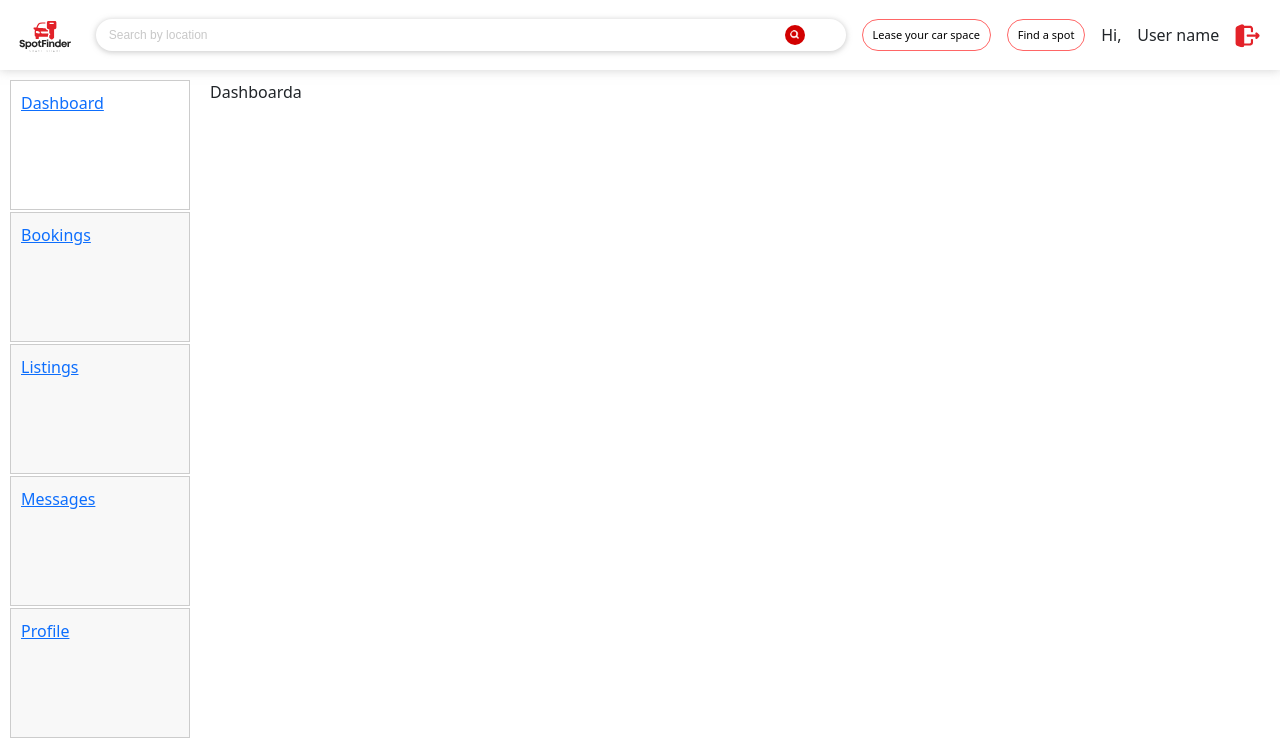
Repository: UNSWSpotFinder/SpotFinder
Page: /dashboard (app in frontend/)
The author's editor kept a copy of each file at every save. The page is drawn from the files as they stood at one save, then again after the next save.
The browser window is 1280 px wide. The pictures show the whole page.
The project was rebuilt for these pictures with package versions that can differ from the ones it lists, and the page was loaded fresh each time. Also part of the build but not shown: frontend/src/Login.css, frontend/src/Login.jsx, frontend/src/Regist.css, frontend/src/Regist.jsx, frontend/src/HomePage.jsx, frontend/src/App.css, frontend/src/components/Bookings.jsx, frontend/src/components/Listings.jsx and 2 more.

Above is the page before, as saved 2024-03-09 20:35:03.

### frontend/src/App.jsx
import logo from './logo.svg';
import React, {
  useState,
  useEffect,
  useRef,
  ChangeEvent,
  LabelHTMLAttributes,
  createContext,
  useContext,
  ReactNode,
} from 'react';
import {HomePageLarge,HomePageAdminSmall,HomePageAdminLarge,HomePageSmall} from './HomePage';
import { ErrorProvider, GlobalSnackbar, ErrorContext } from './API';
import { BrowserRouter, Routes, Route, Link } from 'react-router-dom';
import './App.css';

// 导入Dashboard相关页面组件
import DashboardTop from './components/DashboardTop';
import Dashboard from './components/Dashboard';
import Bookings from './components/Bookings';
import Listings from './components/Listings';
import Profile from './components/Profile';
import Messages from './components/Messages';

function App() {
  const [windowWidth, setWindowWidth] = useState(window.innerWidth);
  useEffect(() => {
    // 添加一个事件监听器，以便在窗口大小改变时更新windowWidth状态
    const handleResize = () => {
      setWindowWidth(window.innerWidth);
    };
    window.addEventListener('resize', handleResize);
    // 清除事件监听器以避免内存泄漏
    return () => {
      window.removeEventListener('resize', handleResize);
    };
  }, []);
  let layoutComponentHost;
  let LayoutComponentHome;
  let LayoutDetail;
  if (windowWidth > 760) {
    layoutComponentHost = null;
    LayoutComponentHome = <HomePageLarge/>;
    LayoutDetail = null;
  } else {
    layoutComponentHost = null;
    LayoutComponentHome = <HomePageSmall/>;;
    LayoutDetail = null;
  }
  return(
    <ErrorProvider>
      <GlobalSnackbar/>
        <BrowserRouter>
          <Routes>
            <Route path="/user/*" element={LayoutComponentHome} />
            {/* DashboardTop作为父路由 */}
            <Route path="/dashboard" element={<DashboardTop />}>
            <Route index element={<Dashboard />} />
            <Route path="bookings" element={<Bookings />} />
            <Route path="listings" element={<Listings />} />
            <Route path="messages" element={<Messages />} />
            <Route path="profile" element={<Profile />} />
          </Route>
            {/* Keep the wildcard route to catch all and render Home */}
            <Route path="/*" element={LayoutComponentHome} />
          </Routes>
        </BrowserRouter>
    </ErrorProvider>
  )
}

export default App;

### frontend/src/API.jsx
import Alert from '@mui/material/Alert';
import Snackbar from '@mui/material/Snackbar';
import Button from '@mui/material/Button';
import Stack from '@mui/material/Stack';
import React, { useState, useEffect, createContext,useContext } from 'react';

import { styled } from '@mui/material';
const port = '8080';
export const meetErrorLog = (error) => {
    console.log(error);
    let errorText = '';
    // switch case to show the error
    switch (error) {
      case 'info':
        errorText = 'Invalid username or password !';
        break;
      case 'access':
        errorText = 'No permission, please log in first!';
        break;
      default:
        errorText = 'Network error! Please try again.';
        break;
    }
    return errorText;
  };
export const ErrorContext = createContext({
    snackbarData: { severity: 'info', message: '1',timestamp: new Date().getTime()},
    setOpenSnackbar: () => {}, // 提供一个空函数避免调用时出错
  });
export const useError = () => useContext(ErrorContext);
export const ErrorProvider = ({ children }) => {
  const [snackbarData, setSnackbarData] = useState({
    severity: 'success',
    message: '',
    timestamp: new Date().getTime()
  });
  const setOpenSnackbar = (data) => {
    setSnackbarData(data);
  };
  return (
    <ErrorContext.Provider value={{snackbarData,setOpenSnackbar}}>
      {children}
    </ErrorContext.Provider>
  );
};
// The message to be displayed in the Snackbar
export const GlobalSnackbar = () => {
const { snackbarData, setOpenSnackbar } = useError();
// State to manage the visibility of the Snackbar
const [open, setOpen] = useState(false);
  useEffect(() => {
    console.log('Alert severity:', snackbarData.severity);
    console.log('Alert :', snackbarData.message);
    if (snackbarData.message) {
      setOpen(true);
    }
  }, [snackbarData.message, snackbarData.timestamp]);

  const handleClose = (event, reason) => {
    if (reason === 'clickaway') {
      return;
    }
    setOpen(false);
  };

return (
    // Snackbar component with automatic hiding and custom styling
    <Snackbar open={open} autoHideDuration={6000} onClose={handleClose}>
        <Alert onClose={handleClose} severity={snackbarData.severity}>
        {snackbarData.message}
        </Alert>
  </Snackbar>
);
};
export const callAPIsendEmailCode = (path,input)=>{
    return new Promise((resolve, reject) =>{
        fetch('http://localhost:'+String(port)+'/'+String(path),{
        method:'POST',
        headers: { 'Content-Type': 'application/json' },
        body:JSON.stringify(input),
        })
        .then((response)=>{
            if(response.ok){
                console.log('success');
                console.log(response);
                return resolve(response);
            }
            else if (response.status===400){
                const errorReason = 'Email not correct!';
                return reject(errorReason);
            }
            else{
                const errorReason = 'There is a problem with the network connection!';
                return reject(errorReason);
            }
        })
        .catch((error)=>{
            console.log(error);
        })
    })

}
export const callAPIverifyEmailCode = (path,input)=>{
    return new Promise((resolve, reject) =>{
        console.log(input);
        console.log('http://localhost:'+String(port)+'/'+String(path));
        fetch('http://localhost:'+String(port)+'/'+String(path),{
        method:'POST',
        headers: { 'Content-Type': 'application/json' },
        body:JSON.stringify(input),
        })
        .then((response)=>{
            if(response.ok){
                console.log('success');
                return resolve(response.json());
            }
            else if (response.status===400){
                const errorReason = 'Incorrect verification code.';
                return reject(errorReason);
            }
            else{
                const errorReason = 'There is a problem with the network connection!';
                return reject(errorReason);
            }
        })
        .catch((error)=>{
            console.log(error);
        })
    })

}
export const callAPIloginUser=(path,input)=>{

}
// 用户注册
export const callAPIRegistUser=(path,input)=>{
     return new Promise((resolve, reject) =>{
        console.log(input);
        console.log('http://localhost:'+String(port)+'/'+String(path));
        fetch('http://localhost:'+String(port)+'/'+String(path),{
        method:'POST',
        headers: { 'Content-Type': 'application/json' },
        body:JSON.stringify(input),
        })
        .then((response)=>{
            if(response.ok){
                console.log('success');
                return resolve(response.json());
            }
            else if (response.status===417){
                const errorReason = 'This email has been registed!';
                return reject(errorReason);
            }
            else{
                const errorReason = 'There is a problem with the network connection!';
                return reject(errorReason);
            }
        })
        .catch((error)=>{
            console.log(error);
        })
    })
}
// 用户登录
export const callAPILoginUser=(path,input)=>{
    return new Promise((resolve, reject) =>{
       console.log(input);
       console.log('http://localhost:'+String(port)+'/'+String(path));
       fetch('http://localhost:'+String(port)+'/'+String(path),{
       method:'POST',
       headers: { 'Content-Type': 'application/json' },
       body:JSON.stringify(input),
       })
       .then((response)=>{
           if(response.ok){
               console.log('success');
               return resolve(response.json());
           }
           else if (response.status===401){
               const errorReason = 'Username does not exist or password is incorrect!';
               return reject(errorReason);
           }
           else{
               const errorReason = 'There is a problem with the network connection!';
               return reject(errorReason);
           }
       })
       .catch((error)=>{
           console.log(error);
       })
   })
}
// 密码修改
export const callAPIResetPwdUser=(path,input)=>{
    return new Promise((resolve, reject) =>{
       console.log(input);
       console.log('http://localhost:'+String(port)+'/'+String(path));
       fetch('http://localhost:'+String(port)+'/'+String(path),{
       method:'POST',
       headers: { 'Content-Type': 'application/json' },
       body:JSON.stringify(input),
       })
       .then((response)=>{
           if(response.ok){
               console.log('success');
               return resolve(response.json());
           }
           else if (response.status===401){
               const errorReason = 'Username does not exist or password is incorrect!';
               return reject(errorReason);
           }
           else{
               const errorReason = 'There is a problem with the network connection!';
               return reject(errorReason);
           }
       })
       .catch((error)=>{
           console.log(error);
       })
   })
}

### frontend/src/components/DashboardTop.jsx
import React from 'react';
import { NavLink, Outlet } from 'react-router-dom';
import './DashboardTop.css';
import '../HomePage.css';

const DashboardTop = () => {
  return (
    <div className="dashboard-top">
      <div className="Navbar">
        {/* Logo图像 */}
        <img src='/img/LOGO.svg' className='Applogo'></img>
        {/* 搜索区域 */}
        <div className='SearchPart'>
          <img className='searchbtn' src='/img/search.png'></img>
          <input className='Searchbar' placeholder='Search by location'></input>
        </div>
        <button className='top-button'>Lease your car space</button>
        <button className='top-button'>Find a spot</button>
        <span>Hi, </span>
        <span>User name </span>
        <button className="button-with-image">
          <img src='/img/SignOut.svg' alt='Sign Out' className='sign-out-img' />
        </button>
      </div>

      {/* Top以下区域 */}
      <div className="content-area">
        {/* 侧边栏 */}
        <div className="side-nav">
          <NavLink to="/dashboard" className={({ isActive }) => isActive ? 'side-nav-spcific active' : 'side-nav-spcific'}>Dashboard</NavLink>
          <NavLink to="/dashboard/bookings" className={({ isActive }) => isActive ? 'side-nav-spcific active' : 'side-nav-spcific'}>Bookings</NavLink>
          <NavLink to="/dashboard/listings" className={({ isActive }) => isActive ? 'side-nav-spcific active' : 'side-nav-spcific'}>Listings</NavLink>
          <NavLink to="/dashboard/messages" className={({ isActive }) => isActive ? 'side-nav-spcific active' : 'side-nav-spcific'}>Messages</NavLink>
          <NavLink to="/dashboard/profile" className={({ isActive }) => isActive ? 'side-nav-spcific active' : 'side-nav-spcific'}>Profile</NavLink>

        </div>
        {/* 主要内容区域 */}
        <div className="main-content">
          <Outlet />
        </div>
      </div>
    </div>
  );
};

export default DashboardTop;

### frontend/src/components/Dashboard.jsx
import React from 'react';
import DashboardTop from './DashboardTop';

const Dashboard = () => {
  // 组件的状态和逻辑

  return (
    <div className='Dashboard'>
      {/* 组件的JSX结构 */}
      Dashboarda
    </div>
  );
}

export default Dashboard;

### frontend/src/HomePage.css
.HomeOverall {
    width: 100%;
    height: 100%;
    margin: 0px;
    padding: 0px;
    display: flex;
    flex-direction: column;
    align-items: center;
}
div.Navbar{
    width: 100%;
    height: 70px;
    margin: 0px 0px 0px 0px;
    padding: 0px 10px 0px 0px;
    display: flex;
    align-items: center;
    justify-content: space-between;
    box-shadow: 0px 0px 10px 0px rgba(164, 164, 164, 0.5);
}
div.SearchPart{
    width: calc(100% - 520px);
    min-width: 200px;
    height: 100%;
    margin: 0px;
    padding: 0px;
    display: flex;
    justify-content: center;
    align-items: center;
    align-content: center;
    flex-direction: row;
}
div.SearchPartsmall{
    width: calc(100% - 320px);
    height: 100%;
    margin: 0px;
    padding: 0px;
    display: flex;
    justify-content: center;
    align-items: center;
    align-content: center;
    flex-direction: row;
}
input.Searchbar{
    width: 100%;
    border-radius: 25px;
    padding-left: 13px;
    height: 45%;
    border: 0px;
    transition: box-shadow 0.3s;
    box-shadow: 0px 1px 5px 1px rgba(170, 170, 170, 0.5);
    position: relative;
    font-size: 12px;
    font-family:Arial, Helvetica, sans-serif;
}
input.Searchbar::placeholder{
    color: rgb(200, 200, 200);
}
img.searchbtn{
    border-radius: 20px;
    width: 20px;
    height: 20px;
    margin: 0px 0px 0px 10px;
    padding: 5px;
    right: 475px;
    position: absolute;
    z-index: 1;
    background-color: rgb(210, 0, 0);
    cursor: pointer;
}
img.searchbtnsmall{
    border-radius: 20px;
    width: 20px;
    height: 20px;
    margin: 0px;
    padding: 5px;
    right: 260px;
    position: absolute;
    z-index: 1;
    background-color: rgb(210, 0, 0);
    cursor: pointer;
}
input.Searchbar:hover{
    box-shadow: 0px 1px 10px 1px rgba(164, 164, 164, 0.5);
}
img.searchbtn:hover + .Searchbar {
    box-shadow: 0px 1px 10px 1px rgba(164, 164, 164, 0.5);
}
img.searchbtnsmall:hover + .Searchbar {
    box-shadow: 0px 1px 10px 1px rgba(164, 164, 164, 0.5);
}
button.newspace{
    border-radius: 30px;
    min-width: 200px;
    max-width: 200px;
    font-weight: bold;
    border: 0px;
    margin-left: 20px;
    height: 50%;
    background-color: rgb(250, 250, 250);
    border: 1px solid rgb(230, 230, 230);
    color: rgb(114, 114, 114);
    transition: 0.3s;
    font-size: 12px;
    cursor: pointer;
}
button.newspace:hover{
    color: rgb(0, 0, 0);
    background-color: rgb(230, 230, 230);
}
div.signwarper{
    margin: 0px 10px 0px 0px;
    height: 100%;
    display: flex;
    align-items: center;
}
button.sign{
    border-radius: 5px;
    width: 100px;
    font-weight: bold;
    border: 0px;
    margin-left:15px;
    height: 50%;
    background-color: rgb(255, 255, 255);
    border: 1px solid rgb(0, 0, 0);
    transition: 0.3s;
    font-size: 12px;
    cursor: pointer;
}
button.sign:hover{
    background-color: rgb(230, 230, 230);
}
input:focus {
    outline: none;
}
img.Applogo{
    height: 100%;
    margin: 0px 0px 0px 10px;
}
p.image-container-title{
    font-weight: 800;
    font-family: Arial;
    position: absolute;
    top: calc(10vw); /* 根据需要调整 */
    left: 5%; /* 根据需要调整 */
    width: 60%;
    color: rgb(0, 0, 0); /* 文字颜色 */
}
p.image-container-title-small{
    font-weight: 800;
    font-size: 20px;
    font-family: Arial;
    position: absolute;
    top: calc(15vw); /* 根据需要调整 */
    left: 5%; /* 根据需要调整 */
    width: 60%;
    color: rgb(0, 0, 0); /* 文字颜色 */
}
p.image-container-sub{
    font-weight: 400;
    font-family: Arial;
    position: absolute;
    left: 5%; /* 根据需要调整 */
    color: rgb(0, 0, 0); /* 文字颜色 */
}
p.image-container-sub-small{
    font-size: 12px;
    font-weight: 400;
    width: 44%;
    top: calc(28vw);
    font-family: Arial;
    position: absolute;
    left: 5%; /* 根据需要调整 */
    color: rgb(0, 0, 0); /* 文字颜色 */
}
p.image-container-txt{
    font-weight: 200;
    font-family: Arial;
    position: absolute;
    left: 5%; /* 根据需要调整 */
    width: 40%;
    color: rgb(0, 0, 0); /* 文字颜色 */
}
p.image-container-txt-small{
    font-size: 12px;
    font-weight: 400;
    width: 40%;
    top: calc(42vw);
    font-weight: 200;
    font-family: Arial;
    position: absolute;
    left: 5%; /* 根据需要调整 */
    color: rgb(0, 0, 0); /* 文字颜色 */
}
@media (max-width: 1200px) {
    p.image-container-sub{
        font-size: 19.0px;
        top: calc(25vw); /* 根据需要调整 */
        width: 45%;
    }
    p.image-container-txt{
        font-size: 20px;
        top: calc(40vw); /* 根据需要调整 */
    }
    p.image-container-title{
        font-size: 30px;
    }
}
@media (min-width: 1200px) {
    p.image-container-sub{
        font-size: 25px;
        width: 40%;
        top: calc(24vw); /* 根据需要调整 */
    }
    p.image-container-txt{
        font-size: 25px;
        top: calc(38vw); /* 根据需要调整 */
    }
    p.image-container-title{
        font-size: 45px;
    }
}

div.FilterPart{
    height: 80px;
    width: 100%;
    padding: 5px;
    background-color: #f9f9f9;
    display: flex;
    justify-content: space-between;
    align-items:center;
}
div.FilterPart-small{
    height: 155px;
    width: 100%;
    background-color: #f9f9f9;
    display: flex;
    flex-direction: column;
    justify-content: space-between;
    padding: 10px 10px 10px 10px;
    border-bottom: 1px solid rgb(238, 238, 238);
}

div.filter-top{
    display: flex;
    align-items: center;
    justify-content: space-between;
}
div.inner-left{
    display: flex;
    flex-direction: column;
    height: 100%;
    margin-right: 20px;
}
select.mglr{
    margin: 0px 5px 0px 0px;
    width: 10%;
    min-width: 130px;
    height: 70%;
    font-size: 12px;
    border-radius: 20px;
}
select.mglr-s{
    margin: 0px 5px 5px 0px;
    width: 10%;
    min-width: 130px;
    font-size: 12px;
    border-radius: 20px;
}
select.mglr-r{
    margin: 0px 5px 0px 0px;
    width: 10%;
    min-width: 90px;
    height: 70%;
    font-size: 12px;
    border-radius: 20px;
}
select.mglr-s-r{
    margin: 0px 5px 0px 0px;
    width: 100px;
    min-width: 90px;
    height: 70%;
    font-size: 12px;
    border-radius: 20px;
}
.popular{
    background-color: white !important;
    color: black !important;
}
div.pricerange{
    display: flex;
    flex-direction: column;
    height: 100%;
    justify-content: center;
    align-items: center;
    padding: 0px;
    margin: 0px;
    margin-left: 5px;
    align-items: center;
}
label.pricerange{
    font-size: 13px;
    font-weight: 500;
    color: black;
    padding: 0px;
}
input.pricerange{
    width: 50px;
    height: 50%;
    font-size: 14px;
    border-radius: 10px;
    border-width: 1px;
    border-style: solid;
    border-color: rgb(0, 0, 0);
    margin: 0px;
    padding: 0px 5px;
}
label.pricerange-s{
    font-size: 15px;
    font-weight: 500;
    color: black;
    padding: 0px 5px 0px 0px;
}
input.pricerange-s{
    height: 60%;
    width: 60%;
    font-size: 16px;
    border-radius: 10px;
    border-width: 1px;
    border-style: solid;
    border-color: rgb(0, 0, 0);
    margin: 0px 5px 0px 0px;
    padding: 0px 5px;
}
.timechoice{
    width: 20%;
    margin: 0px 5px 0px 0px;
}
.timechoice-s{
    margin: 0px 10px;
    width: 40%;
}
div.hflex{
    display: flex;
    height: 100%;
    align-items: center;
}
button.selectcar{
    width: 140px;
    font-size: 10px;
    height: 50px;
    background-color: black;
    color: white;
    font-weight: 500;
    border: 0px;
    border-radius: 10px;
    transition: 0.3s;
    margin-left: 5px;
}
button.selectcar:hover{
    background-color: rgb(55, 55, 55);
    color: rgb(255, 255, 255);
}
div.marginLR{
    display: flex;
    margin: 0px 5px;
    width: 100%;
}
div.ListingPart{
    width: 100%;
    margin-top: 15px;
    margin-bottom: 15px;
    padding: 0px 0px 0px 10px;
    display: flex;
    flex-wrap: wrap;
}
div.SpaceOverall{
    height: 135px;
    box-shadow: 0px 0px 10px 0px rgba(164, 164, 164, 0.5);
    border-radius: 10px;
    display: flex;
    align-items: center;
    padding: 0px 7px;
    margin: 0px 10px 10px 0px;
}

@media (max-width: 800px) {
    div.SpaceOverall{
        width: calc(100vw - 15px);
        min-width: 385px;
    }
}

@media (max-width: 1200px) and (min-width:800px) {
    div.SpaceOverall{
        width: calc(50vw - 15px);
        min-width: 385px;
    }
}

@media (min-width: 1200px) {
    div.SpaceOverall{
        width: calc(33.33vw - 14px);
    }
}

img.spaceimg{
    border-radius: 12px;
    object-fit: cover;
}
div.info{
    height:90%;
    margin-left:10px ;
    width: 100%;
}
p.space-title{
    padding: 0px;
    margin: 0px;
    font-size: 16px;
    color: #555555;
}
p.space-price{
    padding: 0px;
    margin: 0px;
    font-size: 12px;
    margin-top: 4px;
    color: #7F7F7F;
}
p.space-location{
    padding: 0px;
    margin: 0px;
    font-size: 12px;
    margin-top: 2px;
    color: #7F7F7F;
}
p.space-type{
    padding: 0px;
    margin: 0px;
    font-size: 12px;
    margin-top: 2px;
    color: #7F7F7F;
    margin-bottom: 2px;
}
div.order-part{
    display: flex;
    margin-top: 7px;
}
img.order-times{
    width: 20px;
    height: 20px;
}
p.times{
    padding: 0px;
    margin: 0px 0px 0px 3px;
    font-size: 13px;
    color: #7F7F7F;
}
div.right-top{
    display: flex;
    flex-direction: row;
    justify-content: space-between;
    width: 100%;
}
div.right-bottom{
    display: flex;
    flex-direction: row;
    justify-content: space-between;
    width: 100%;
    height: 30px;
    margin-bottom: 5px;
}
div.rate-part{
    display: flex;
    justify-content: center;
}
img.rate-img{
    width: 20px;
    height: 20px;
    margin-right: 2px;
}
p.rate-txt{
    color: #333333;
    font-size: 14px;
    margin: 0px;
    padding: 0px;
}
button.specific-info{
    border: 0px;
    background-color:#E22229;
    border-radius: 5px;
    color: white;
    height: 30px;
    width: 180px;
    font-size: 12px;
    font-weight: 500;
    transition: 0.3s;
    margin: 1px 0px;
}
button.specific-info:hover{
    background-color:#ba191e;
}
div.filter-bottom{
    display: flex;
    align-items: center;
    justify-content: space-between;
}

### frontend/src/components/DashboardTop.css
/* DashboardTop.css */

/* 整体布局 */
.dashboard-top {
    display: flex;
    flex-direction: column;
    height: 100vh; /* 使布局填满整个视口高度 */
  }

/* 顶部导航部分 */
.top-button {
    padding: 7px 10px;
    border: 1px solid #f66;
    border-radius: 25px;
    outline: none;
    background-color: #fff;
    cursor: pointer;
    box-shadow: none;
    transition: box-shadow 0.3s;
    font-size: 11px;
  }

.top-button:hover {
    box-shadow: 0 0 10px #f66; /* 鼠标悬停时的外部阴影 */
  }

.top-button:active {
    box-shadow: inset 0 0 10px #f66; /* 点击时的内部阴影 */
  }
.sign-out-img {
    height: 25px;
    margin-right: 10px;
  }

.button-with-image {
    background: none; /* 无背景 */
    border: none; /* 无边框 */
    padding: 0; /* 无内边距 */
  }

/* TODO: */
/* Top以下区域，包含侧边导航和主内容区 */
.content-area {
    display: flex;
    flex-grow: 1; /* 占据剩余空间 */
  }

/* 侧边导航样式 */
.side-nav {
    display: flex;
    flex-direction: column;
    width: 200px; /* 定宽 */

    padding: 10px; /* 内边距 */
  }

.side-nav-spcific {
    background-color: #f5f5f5; /* 浅色背景 */
    height: 130px;
    margin-bottom: 2px;
    padding: 10px; /* 内边距 */
    border: 1px solid #cccccc; /* 添加底部边框 */
    background-color: #f8f8f8; /* 初始背景颜色 */
    cursor: pointer; /* 鼠标悬停时变为手形图标 */
    transition: background-color 0.3s, box-shadow 0.3s; /* 过渡动画效果 */
  }
  /* 鼠标悬停时的样式 */
.side-nav-spcific:hover {
    background-color: #ffffff; /* 悬停时的背景颜色变为白色 */
    box-shadow: 0 0 10px rgba(0, 0, 0, 0.2); /* 悬停时的外部阴影效果 */
  }
  /* 点击时的样式 */
.side-nav-spcific:active {
    box-shadow: inset 0 0 10px rgba(0, 0, 0, 0.2); /* 点击时的内部阴影效果 */
  }

  /* 当前激活的导航项样式 */
.side-nav-spcific.active {
    background-color: #fff; /* 选中项的背景颜色 */
    /* 可以添加更多的样式来区分激活的导航项 */
  }

/* 主内容区域样式 */
.main-content {
    flex-grow: 1; /* 占据剩余空间 */
    padding: 10px; /* 内边距 */
  }

Loaded but not shown: frontend/public/index.html (common file); frontend/src/index.js (common file); frontend/src/index.css (common file); frontend/src/reportWebVitals.js (common file)

After the next save:
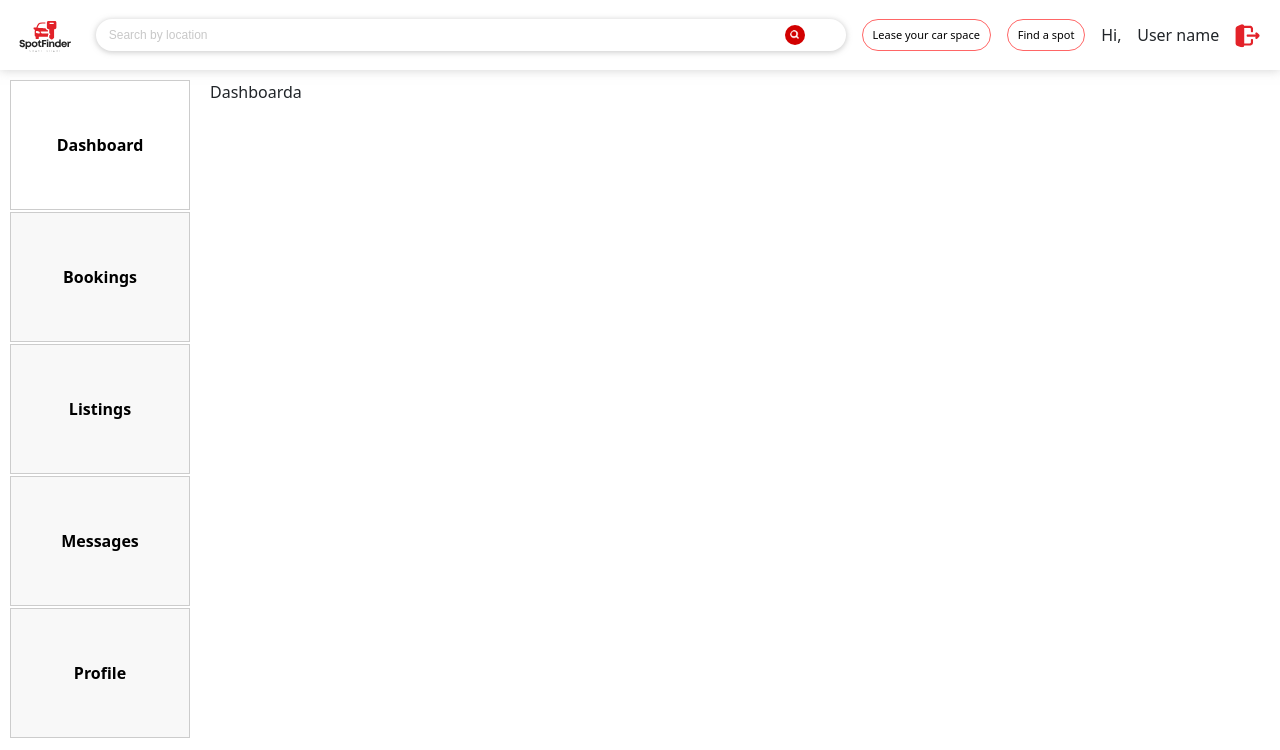
Saved 88 s later.
--- a/frontend/src/components/DashboardTop.css
+++ b/frontend/src/components/DashboardTop.css
@@ -59,10 +59,17 @@
     height: 130px;
     margin-bottom: 2px;
     padding: 10px; /* 内边距 */
-    border: 1px solid #cccccc; /* 添加底部边框 */
+    border: 1px solid #cccccc; /* 添加边框 */
     background-color: #f8f8f8; /* 初始背景颜色 */
     cursor: pointer; /* 鼠标悬停时变为手形图标 */
     transition: background-color 0.3s, box-shadow 0.3s; /* 过渡动画效果 */
+
+    display: flex; /* 使用flex布局 */
+    align-items: center; /* 垂直居中 */
+    justify-content: center; /* 水平居中 */
+    font-weight: bold; /* 文字加粗 */
+    text-decoration: none; /* 去除下划线 */
+    color: black; /* 文字颜色，可以根据需求更改 */
   }
   /* 鼠标悬停时的样式 */
 .side-nav-spcific:hover {
